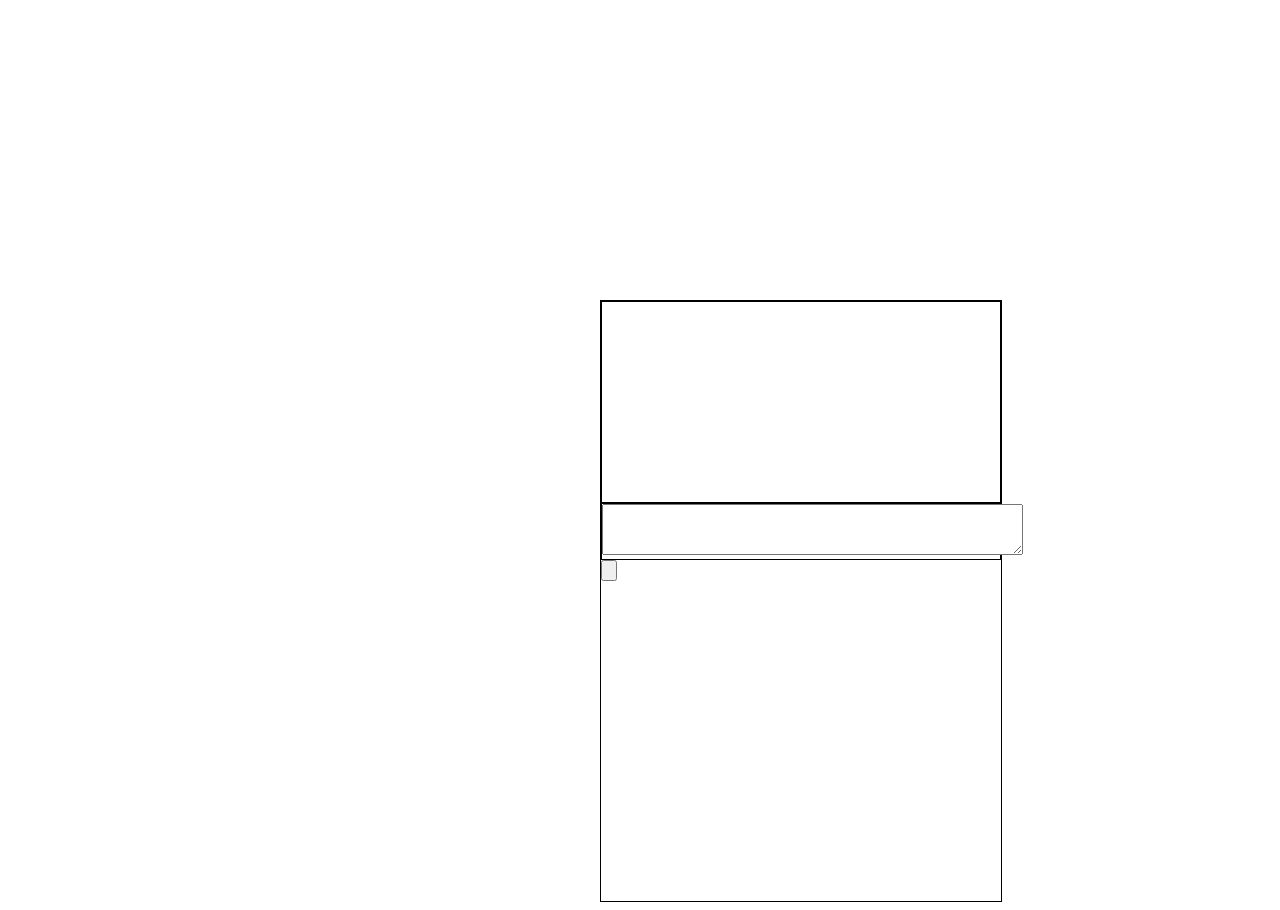
Repository: fr222cy/1dv403-JavaScript-L01
Page: 4-thequiz/index.html
The author's editor kept a record of every edit. The page is drawn from the files as they stood at one moment, then again after the next edit.
The browser window is 1280 px wide. The pictures show the whole page.

Above is the page before.

### 4-thequiz/index.html
<!DOCTYPE html>
<html>

<head>
    <meta charset="UTF-8" />
    <title>The Quiz</title>
    <link rel="stylesheet" href="style.css">
    <script src="script.js"></script>
</head>

<body>

    <div id="gameBox">

        <div id="questionBox">

        </div>

        <div id="answerBox">
            <textarea id="form" rows="3" cols="50" value="Skriv ditt svar här."></textarea>
        </div>
        <input id="send" type="button">

    </div>

    </div>

</body>

</html>

### 4-thequiz/style.css
body
{
    margin-left:600px;
    margin-right:500px;
    margin-top:300px;
}
#gameBox
{
    border:1px solid black;
    height:600px;
    width:400px;
}
#questionBox
{
    border:1px solid black;
    height:200px;
}
#answerBox
{
    border:1px solid black;
}

### 4-thequiz/script.js
"use strict"

window.onload = function ()
{

var question = document.getElementById("questionBox");
var answer   = document.getElementById("answerBox");
var send     = document.getElementById("send");

var xhr = new XMLHttpRequest("http://vhost3.lnu.se:20080/question/1");

send.addEventListener("click", function (e)
{
console.log("Det gick!")
getQuestion();
});


var getQuestion = function ()
{

    xhr.onreadystatechanged = function ()
    {
      if (xhr.readyState === 4 && xhr.status == 200)
      {
          console.log(xhr.responsiveText);
      }
      else
      {
          console.log("Nu blev något fel.")
      }
    };


};

};

After the next edit:
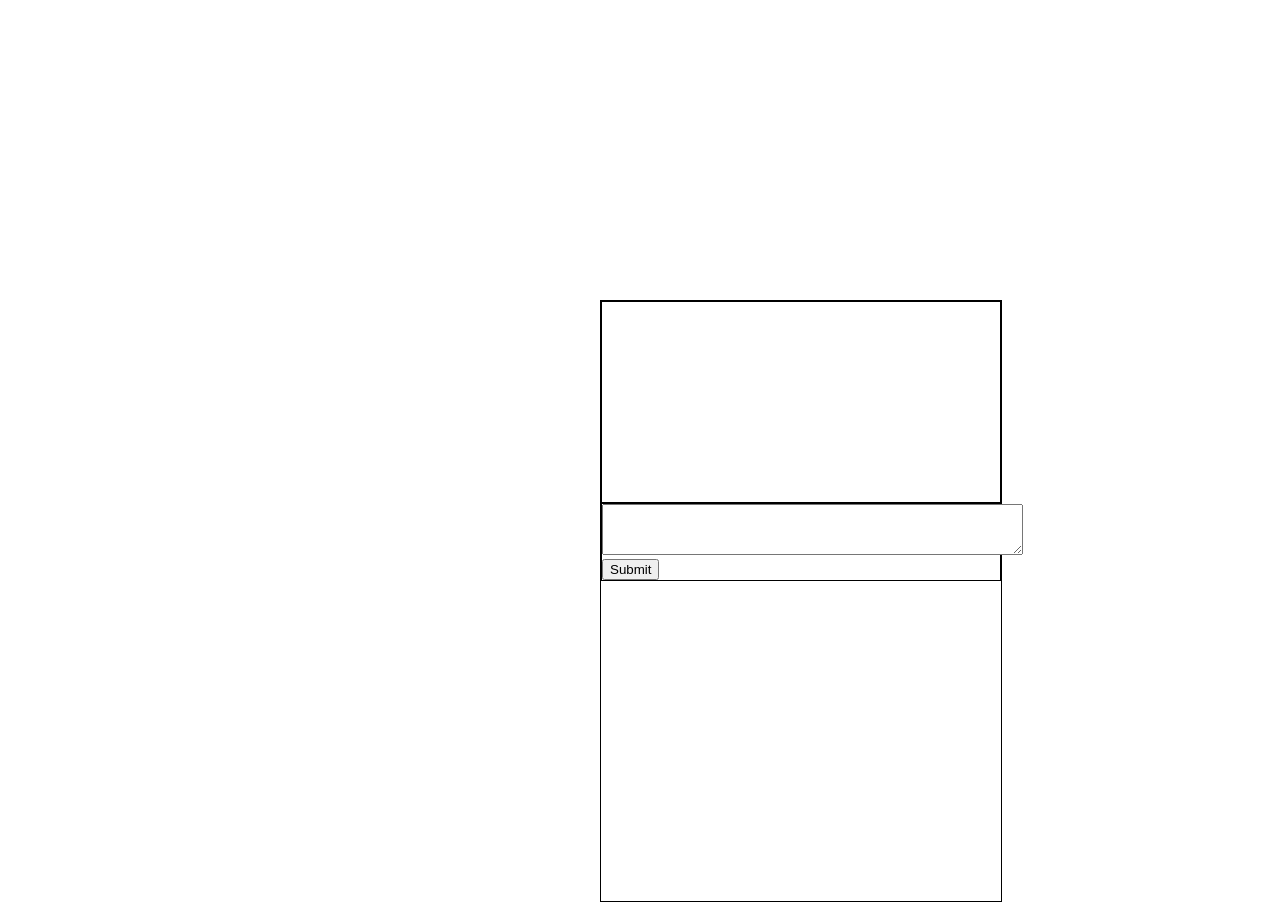
The edit:
--- a/4-thequiz/index.html
+++ b/4-thequiz/index.html
@@ -18,8 +18,9 @@
 
         <div id="answerBox">
             <textarea id="form" rows="3" cols="50" value="Skriv ditt svar här."></textarea>
+            <input id="send" type="submit" value="Submit">
         </div>
-        <input id="send" type="button">
+
 
     </div>
 
